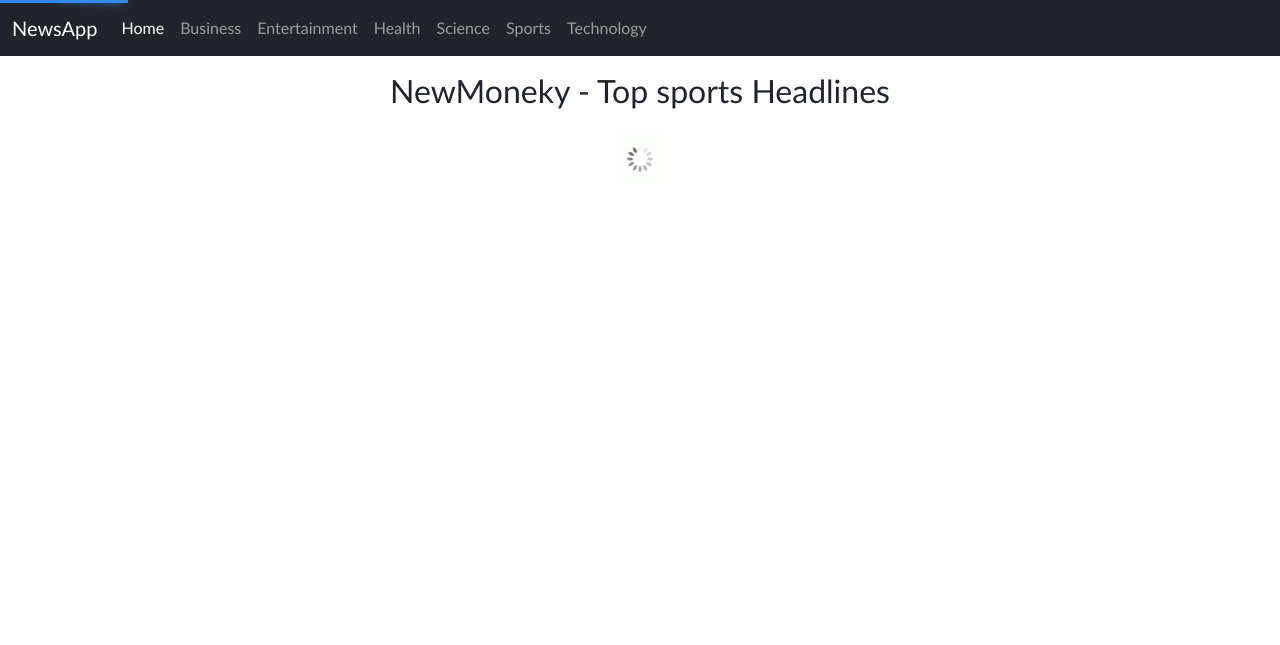
Repository: DipeshRaval/NewsApp-react
Page: /sports
The author's editor kept a copy of each file at every save. The page is drawn from the files as they stood at one save, then again after the next save.
The browser window is 1280 px wide. The pictures show the whole page.
The page's requests for data from a server got no answer. The project was rebuilt for these pictures with package versions that can differ from the ones it lists, and the page was loaded fresh each time. No one was signed in, and anything a server would have sent is missing. Also part of the build but not shown: src/Components/NewsItem.js.

Above is the page before, as saved 2023-01-28 03:45:39.

After the next save:
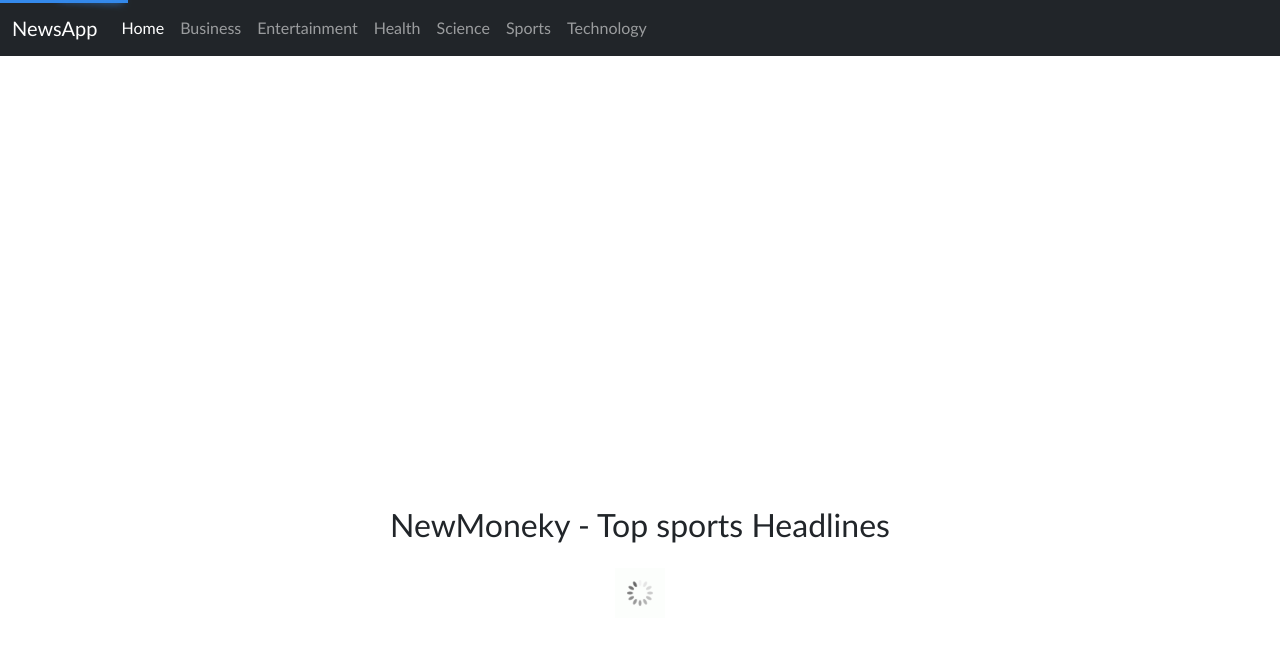
Saved 18 s later.
--- a/src/Components/News.js
+++ b/src/Components/News.js
@@ -74,7 +74,7 @@ export class News extends Component {
   render() {
     return (
       <>
-        <h2 className="text-center my-3" style={{marginTop : "450px"}}>
+        <h2 className="text-center" style={{marginTop : "450px"}}>
           NewMoneky - Top {this.props.category} Headlines
         </h2>
 
